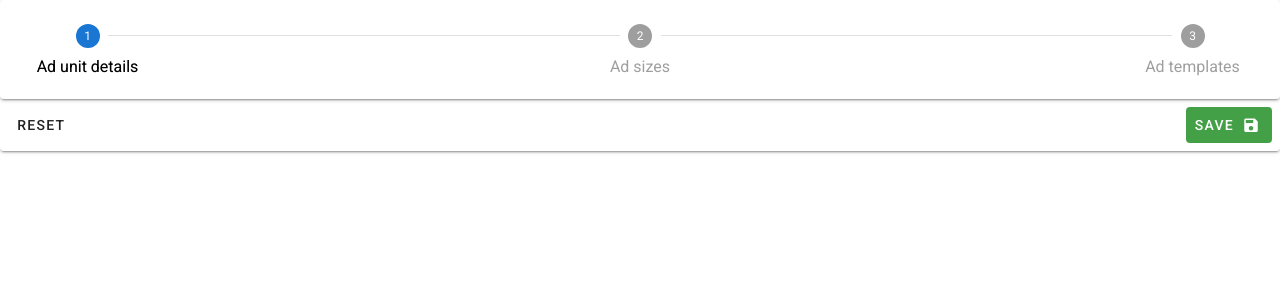
Repository: SidneyHodieb/myc
Page: /addsource
An editor plug-in stored every save of this project. The page is shown before and after the next save, followed by the edit.
The browser window is 1280 px wide. The pictures show the whole page.
The project was rebuilt for these pictures with package versions that can differ from the ones it lists, and the page was loaded fresh each time. Also part of the build but not shown: vue.config.js, src/views/Home.vue, src/views/addSource/components/format.vue, src/views/addSource/components/card.vue, src/views/addSource/components/trigger.vue.

Above is the page before, as saved 2021-04-03 18:20:36.

After the next save:
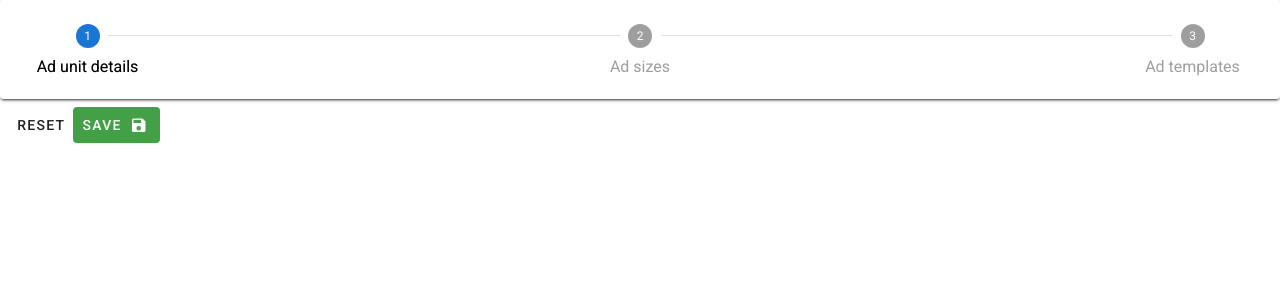
Saved 8 s later.
--- a/src/views/addSource/column.vue
+++ b/src/views/addSource/column.vue
@@ -51,7 +51,7 @@
         </v-col>
       </v-row> -->
 
-<v-card-actions >
+<v-card-actions style="position:fixed; bottom:1">
       <v-btn
         text
         @click="tree = []"

After the 2 saves that followed:
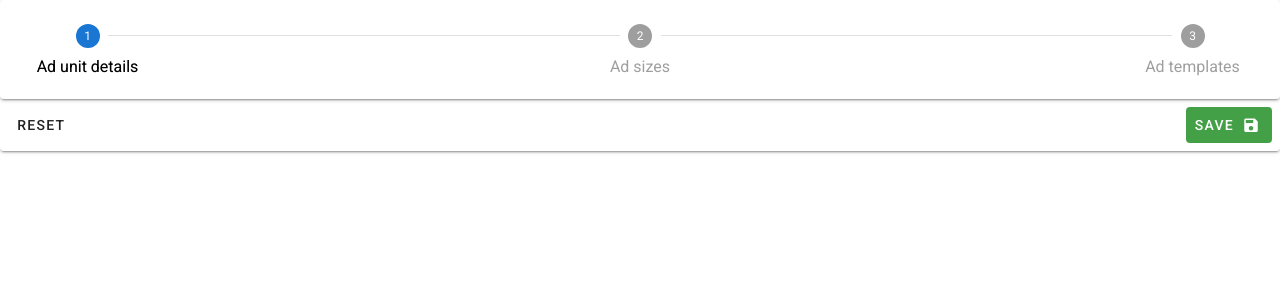
The 2 saves are shown as one change because 1 left the picture as it was.
The last was saved 16 s later.
--- a/src/views/addSource/column.vue
+++ b/src/views/addSource/column.vue
@@ -51,7 +51,7 @@
         </v-col>
       </v-row> -->
 
-<v-card-actions style="position:fixed; bottom:1">
+<v-card-actions style=" bottom:0">
       <v-btn
         text
         @click="tree = []"
